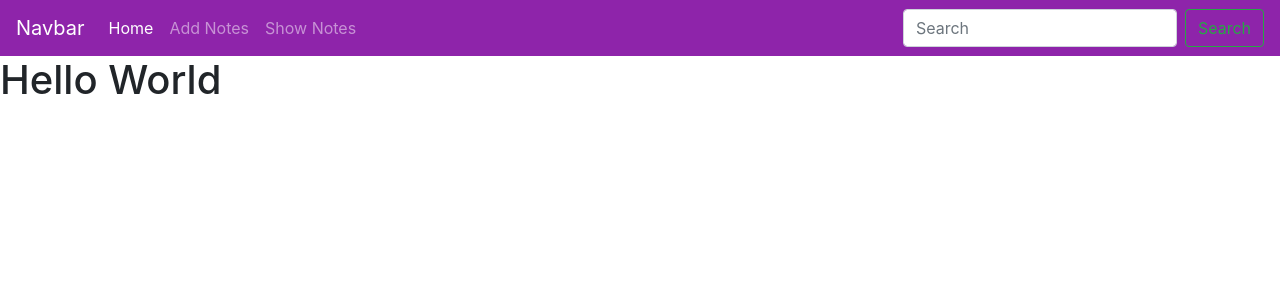
Repository: Bansal140899/eclipse-workspace
Page: http://localhost/ENotesProject/
An editor plug-in stored every save of this project. The page is shown before and after the next save, followed by the edit.
The browser window is 1280 px wide. The pictures show the whole page.
The page is served by Tomcat 9.

Above is the page before, as saved 2025-12-21 05:53:26.

After the next save:
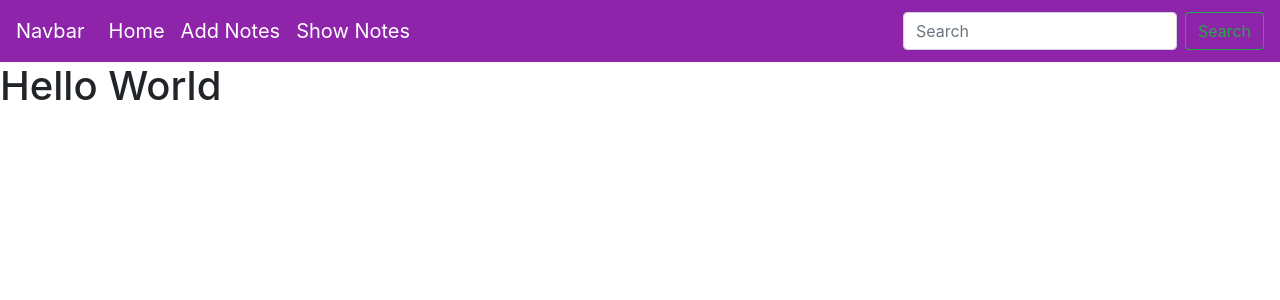
Saved 2 min 42 s later.
--- a/ENotesProject/src/main/webapp/css/style.css
+++ b/ENotesProject/src/main/webapp/css/style.css
@@ -1,3 +1,7 @@
 .bg-custom{
 	background:#8e24aa;
 }
+.navbar .nav-item .nav-link{
+	font-size:20px;
+	color:white;
+}
